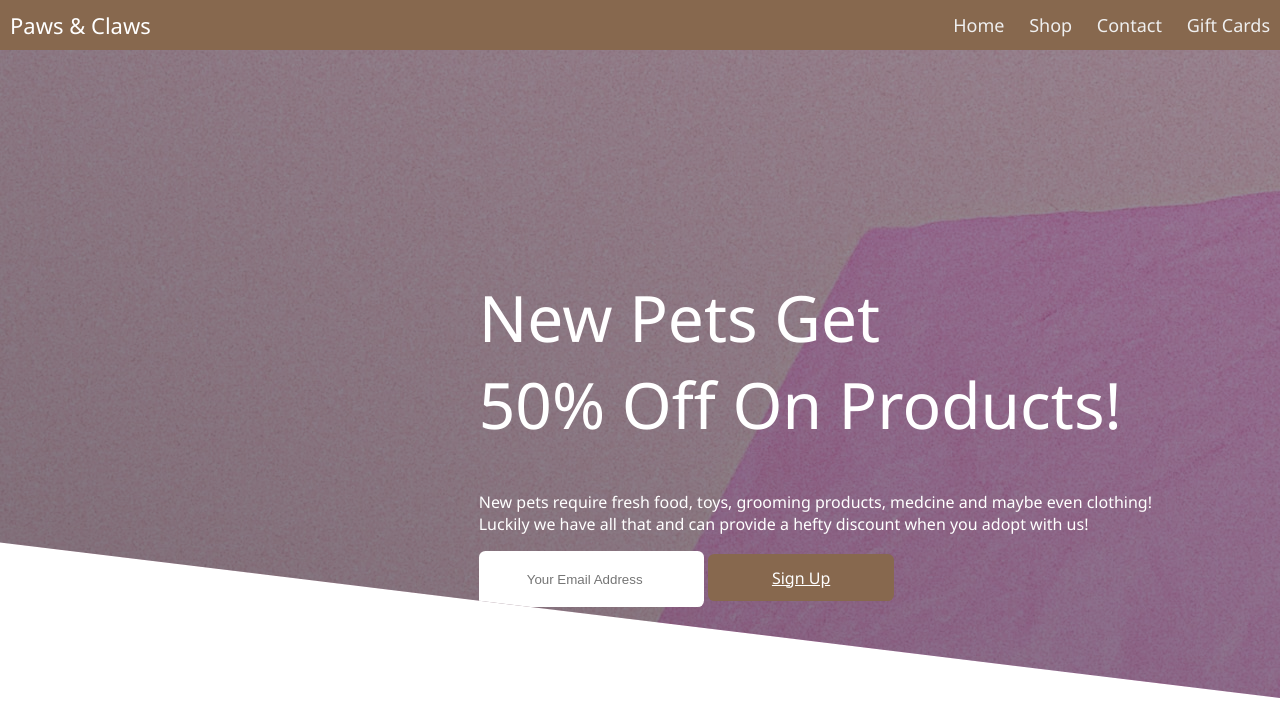
Repository: LtGriff/petProject
Page: dist/about.html
The author's editor kept a copy of each file at every save. The page is drawn from the files as they stood at one save, then again after a run of saves.
The browser window is 1280 px wide. The pictures show the whole page.

Above is the page before, as saved 2022-05-19 07:44:02.

After the next 2 saves:
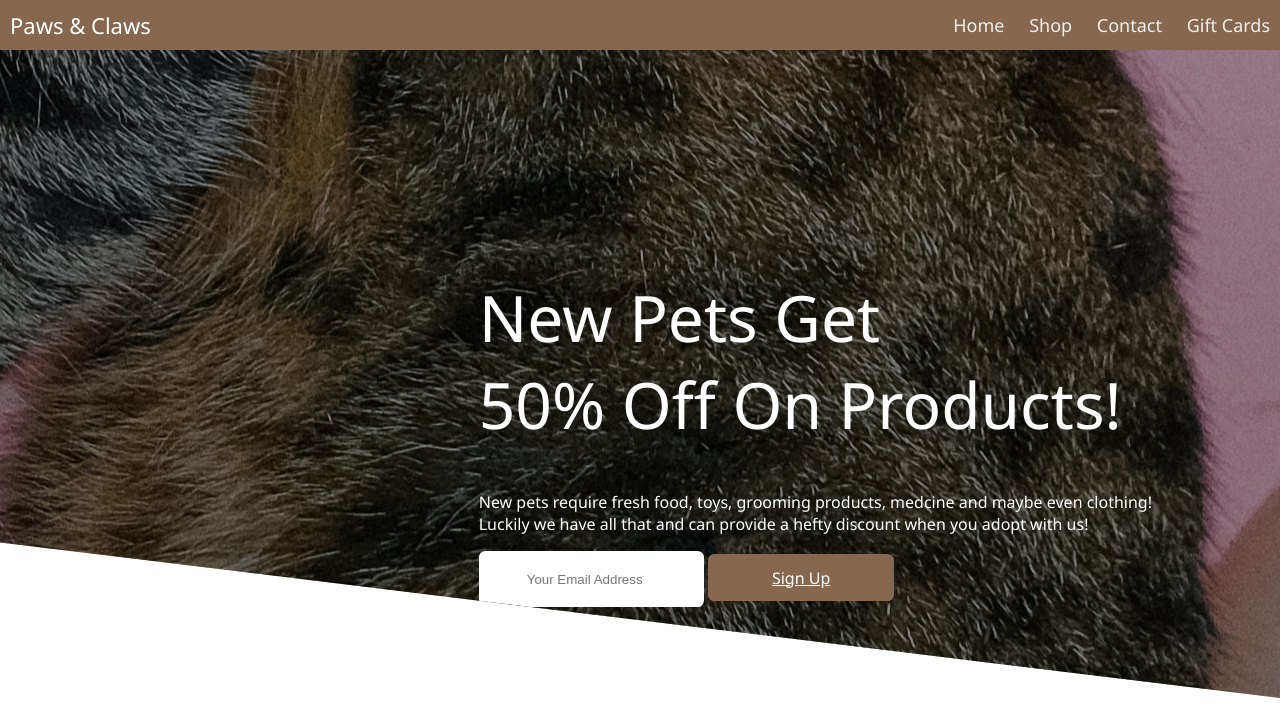
The 2 saves are shown as one change because they came seconds apart.
The last was saved 11 s later.
--- a/dist/CSS/about.css
+++ b/dist/CSS/about.css
@@ -78,7 +78,7 @@
         rgba(0, 0, 0, 0.5)),
     url("../img/catpink.jpg");
     background-attachment: fixed;
-    background-size:
+    background-size:unset;
     background-position: right;
     position: relative;
     object-fit: cover;
